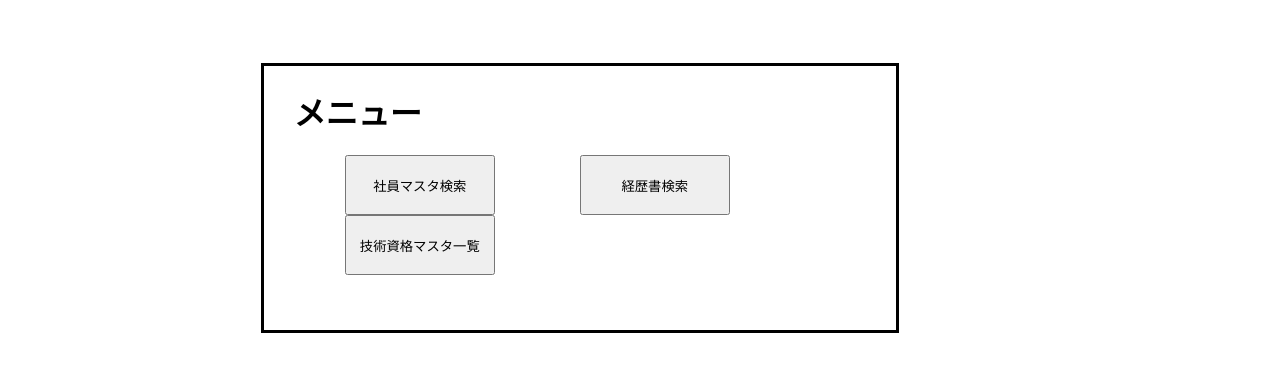
Repository: nguyenvantandev/WebApp
Page: http://localhost/EmployeeInfoSystem/Menu.jsp
An editor plug-in stored every save of this project. The page is shown before and after the next save, followed by the edit.
The browser window is 1280 px wide. The pictures show the whole page.
Some web libraries are served in a nearby version. The page is served by Tomcat 9.

Above is the page before, as saved 2016-06-06 04:32:07.

After the next save:
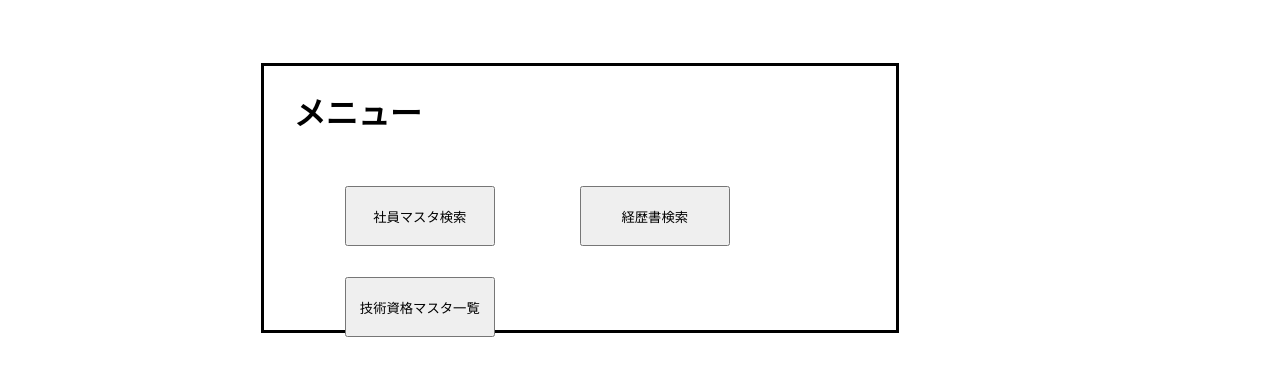
Saved 37 s later.
--- a/EmployeeInfoSystem/WebContent/css/Menu.css
+++ b/EmployeeInfoSystem/WebContent/css/Menu.css
@@ -10,6 +10,7 @@ div {
 }
 
 #employeeSearch, #resumeSearch, #skillList{
+	margin-top: 31px;
 	    margin-left: 81px;
     height: 60px;
     width: 150px;
